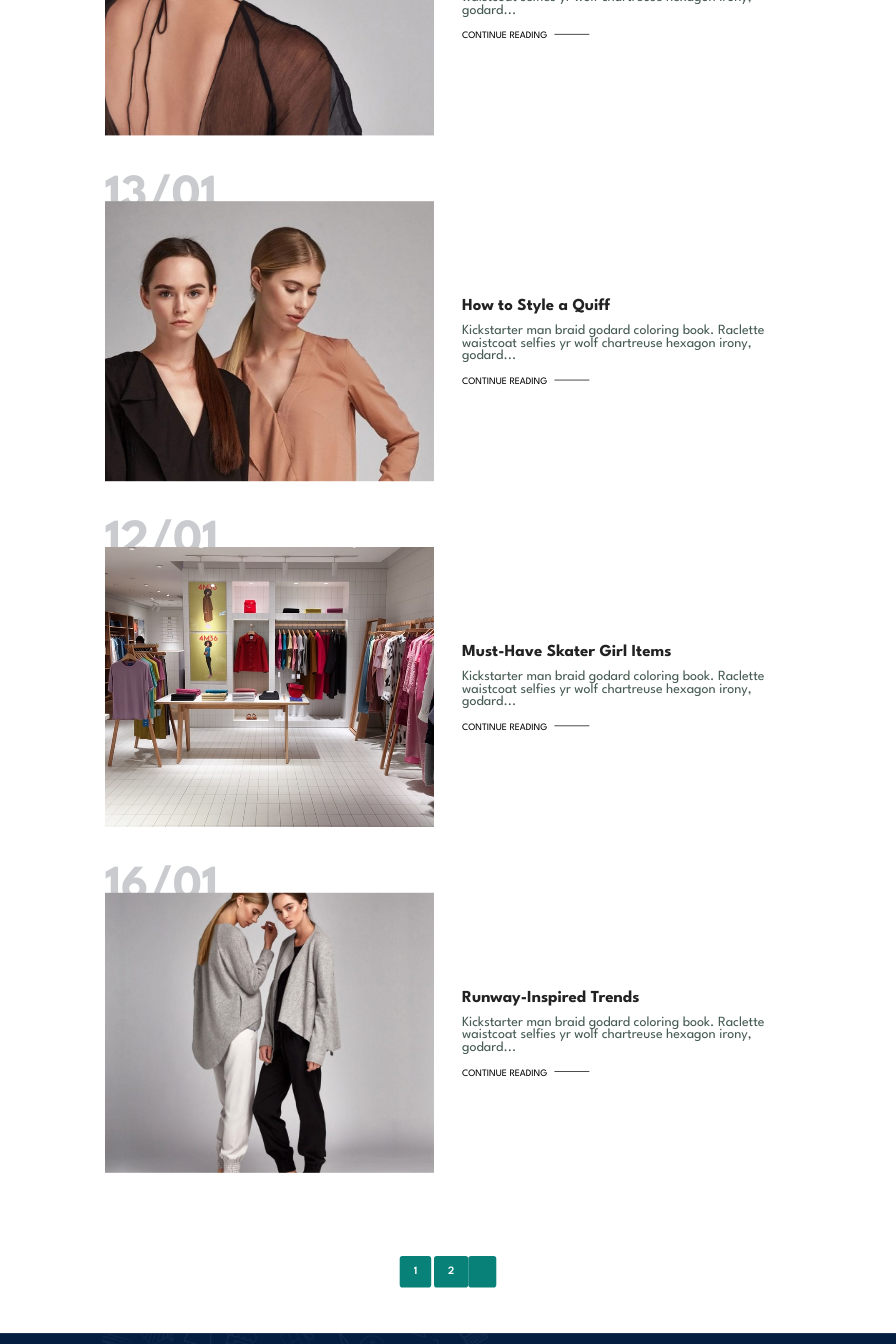
Repository: quy261001/cara
Page: blog.html
The author's editor kept a copy of each file at every save. The page is drawn from the files as they stood at one save, then again after the next save.
The browser window is 1280 px wide. The pictures show the part of the page from y = 729 to 2649 px (the page is 3208 px tall before and 3702 px after), at 70% of full size.

Above is the page before, as saved 2022-05-03 22:43:17.

After the next save:
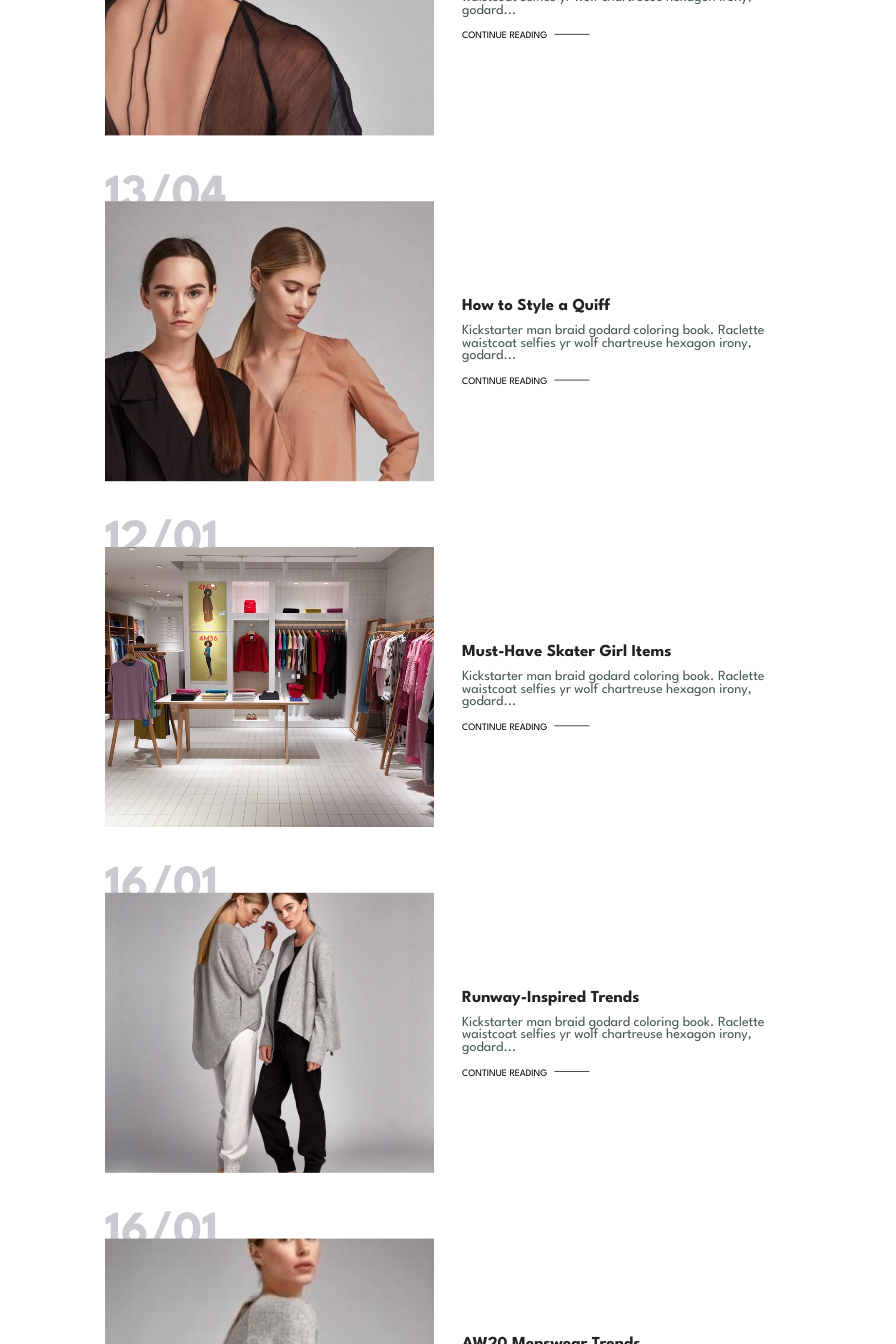
Saved 113 s later.
--- a/blog.html
+++ b/blog.html
@@ -56,7 +56,7 @@
         <p>Kickstarter man braid godard coloring book. Raclette waistcoat selfies yr wolf chartreuse hexagon irony, godard...</p>
         <a href="#">CONTINUE READING</a>
       </div>
-      <h1>13/01</h1>
+      <h1>13/04</h1>
     </div>
     <div class="blog-box">
       <div class="blog-img">
@@ -75,6 +75,17 @@
       </div>
       <div class="blog-details">
         <h4>Runway-Inspired Trends</h4>
+        <p>Kickstarter man braid godard coloring book. Raclette waistcoat selfies yr wolf chartreuse hexagon irony, godard...</p>
+        <a href="#">CONTINUE READING</a>
+      </div>
+      <h1>16/01</h1>
+    </div>
+    <div class="blog-box">
+      <div class="blog-img">
+        <img src="img/blog/b5.jpg" alt="">
+      </div>
+      <div class="blog-details">
+        <h4>AW20 Menswear Trends</h4>
         <p>Kickstarter man braid godard coloring book. Raclette waistcoat selfies yr wolf chartreuse hexagon irony, godard...</p>
         <a href="#">CONTINUE READING</a>
       </div>
